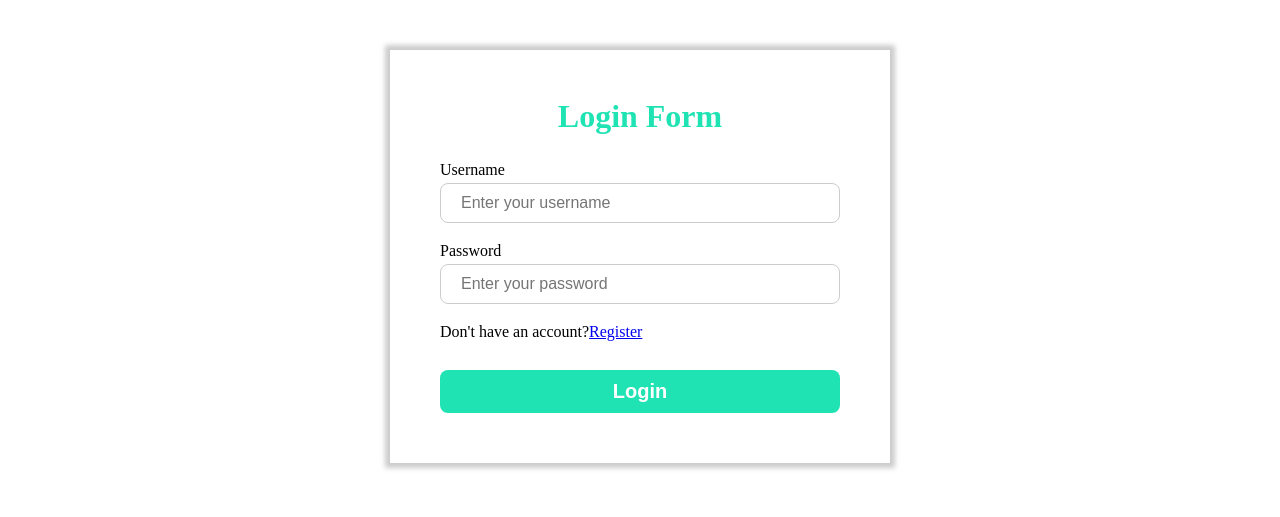
Repository: Trung0810/btl_cnpm_fe
Page: /
These files come from the project's save history. The page is drawn as it stood at one moment and after the next save; the edit follows.
The browser window is 1280 px wide. The pictures show the whole page.
The project was rebuilt for these pictures with package versions that can differ from the ones it lists, and the page was loaded fresh each time. Also part of the build but not shown: src/components/header/header.css, src/components/header/Header.js, src/components/footer/Footer.css, src/components/footer/Footer.js, src/components/shoes_list/ShoesCard.css, src/components/shoes_list/ShoesCard.js, src/components/shoes_list/ShoesList.css, src/components/shoes_list/ShoesList.js and 14 more.

Above is the page before, as saved 2026-03-31 09:22:23.

After the next save:
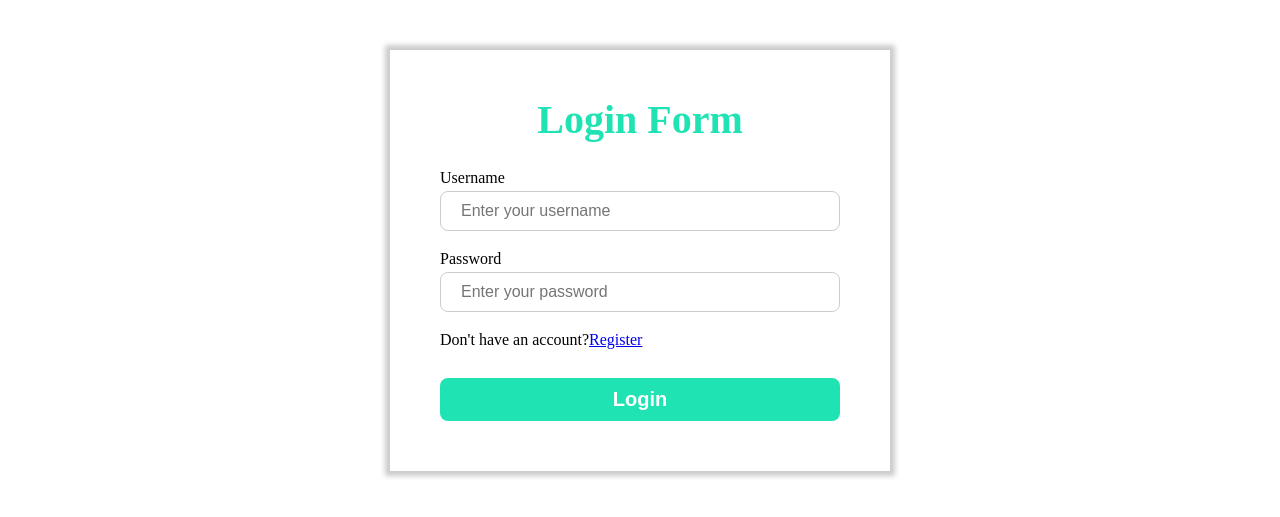
Saved 46 s later.
--- a/src/components/login_form/LoginForm.css
+++ b/src/components/login_form/LoginForm.css
@@ -5,7 +5,7 @@
   box-shadow: 0 0 5px 5px #ccc;
 }
 .login-form-title {
-  font-size: 32px;
+  font-size: 40px;
   font-weight: bold;
   color: #20e3b4;
   text-align: center;
